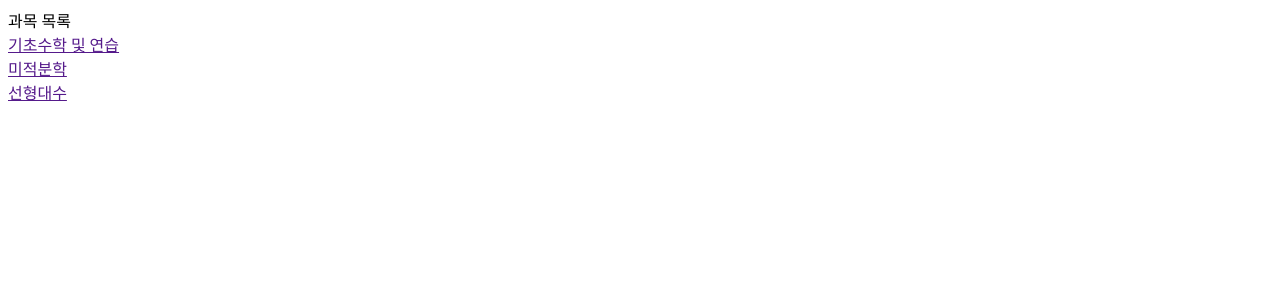
Repository: smandkd/Multicampus_Frontend
Page: http://localhost/Mulcam_Project/jsp/board.jsp
The author's editor kept a copy of each file at every save. The page is drawn from the files as they stood at one save, then again after the next save.
The browser window is 1280 px wide. The pictures show the whole page.
The page is served by Tomcat 9.

Above is the page before, as saved 2022-02-03 00:25:14.

### Mulcam_Project/jsp/board.jsp
<%@ page contentType="text/html; charset=utf-8"
    pageEncoding="EUC-KR"%>
<!DOCTYPE html>
<html>
<head>

</head>
<body>
<div>
과목 목록
	<div>
	<a href="">기초수학 및 연습</a>
	</div>
	<div>
	<a href="">미적분학</a>
	</div>
	<div>
	<a href="">선형대수</a>
	</div>
</div>
</body>
</html>

After the next save:
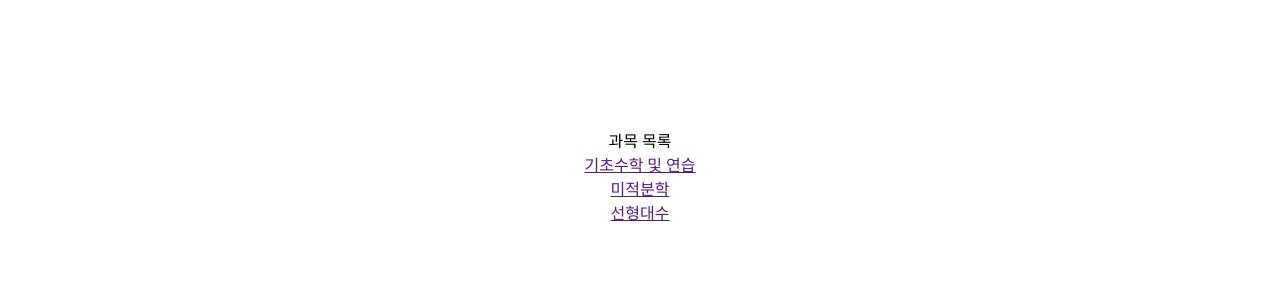
Saved 63 s later.
--- a/Mulcam_Project/jsp/board.jsp
+++ b/Mulcam_Project/jsp/board.jsp
@@ -3,10 +3,20 @@
 <!DOCTYPE html>
 <html>
 <head>
-
+<style type="text/css">
+.a {
+	text-align:center;
+	padding-top:120px;
+}
+#b {
+	border:1px solid;
+	width:150px;
+	margin:0 auto;
+}
+</style>
 </head>
 <body>
-<div>
+<div class="a">
 과목 목록
 	<div>
 	<a href="">기초수학 및 연습</a>
